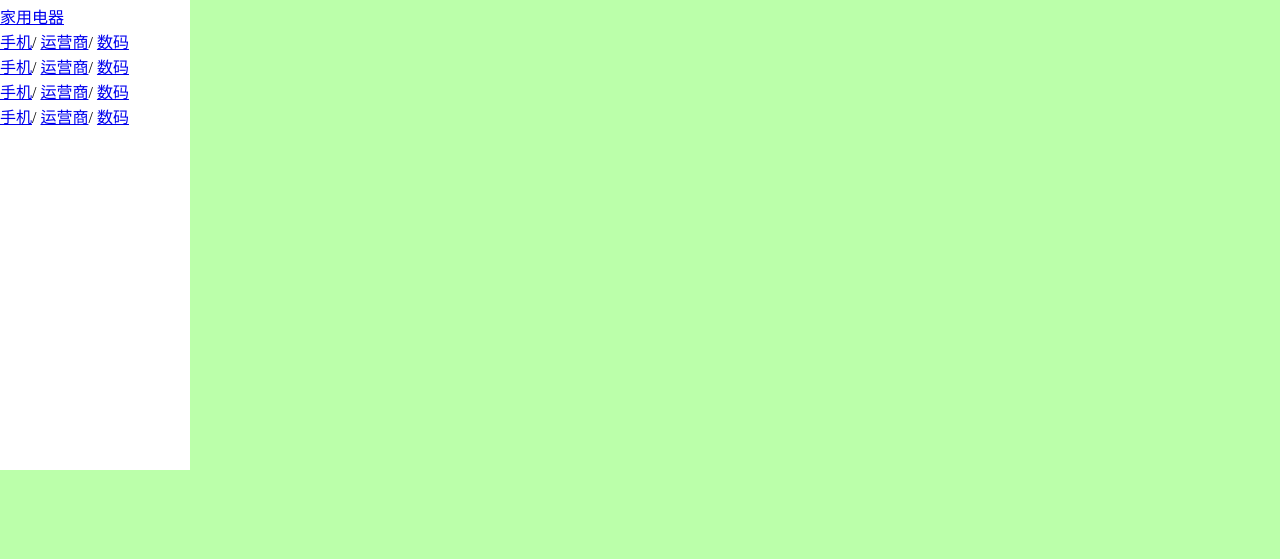
Repository: Romic77/css-test
Page: exercise/02_京东左侧导航条.html
These files come from the project's save history. The page is drawn as it stood at one moment and after the next save; the edit follows.
The browser window is 1280 px wide. The pictures show the whole page.

Above is the page before, as saved 2022-09-03 13:49:12.

### exercise/02_京东左侧导航条.html
<!DOCTYPE html>
<html lang="en">

<head>
    <meta charset="UTF-8">
    <meta http-equiv="X-UA-Compatible" content="IE=edge">
    <meta name="viewport" content="width=device-width, initial-scale=1.0">
    <title>Document</title>
    <link rel="stylesheet" href="./css/reset.css">
    <style>
        body {
            background-color: #bfa;
        }

        .left-nav {
            width: 190px;
            height: 450px;
            padding: 10px 0;
            background-color: #fff;
        }

        .item {
            height: 25px;
        }
    </style>
</head>

<body>
    <!-- nav(div) /div(div)  / ul(li)-->
    <nav class="left-nav">
        <div class="item">
            <a href="#">家用电器</a>
        </div>

        <div class="item">
            <a href="#">手机</a>/
            <a href="#">运营商</a>/
            <a href="#">数码</a>
        </div>

        <div class="item">
            <a href="#">手机</a>/
            <a href="#">运营商</a>/
            <a href="#">数码</a>
        </div>

        <div class="item">
            <a href="#">手机</a>/
            <a href="#">运营商</a>/
            <a href="#">数码</a>
        </div>

        <div class="item">
            <a href="#">手机</a>/
            <a href="#">运营商</a>/
            <a href="#">数码</a>
        </div>
    </nav>
</body>

</html>

Loaded but not shown: exercise/css/reset.css (common file)

After the next save:
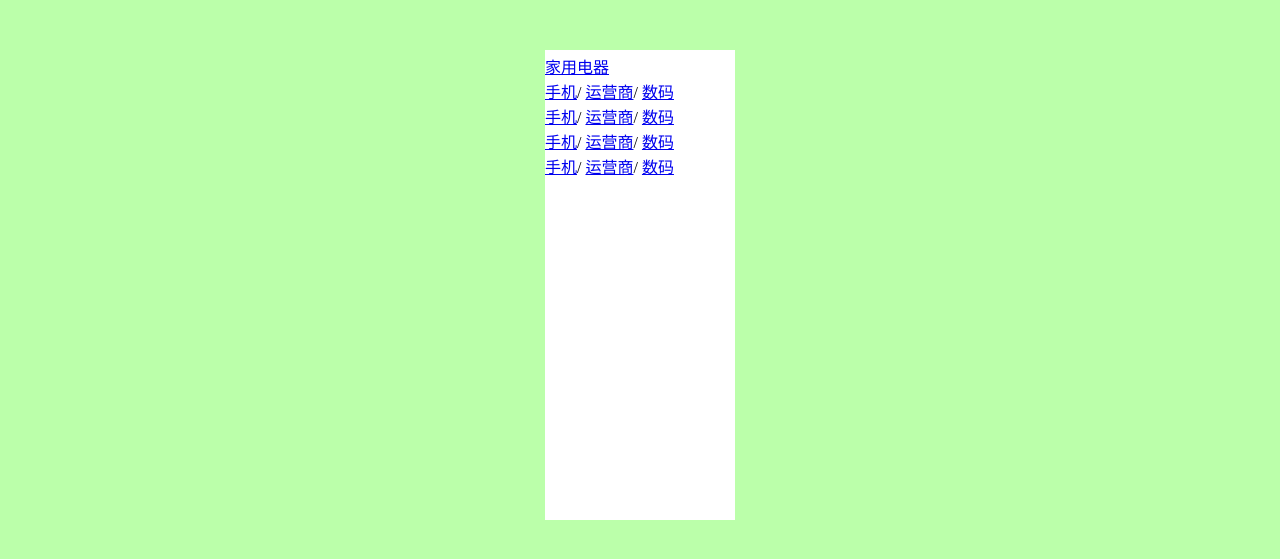
Saved 5 s later.
--- a/exercise/02_京东左侧导航条.html
+++ b/exercise/02_京东左侧导航条.html
@@ -17,6 +17,7 @@
             height: 450px;
             padding: 10px 0;
             background-color: #fff;
+            margin: 50px auto;
         }
 
         .item {
